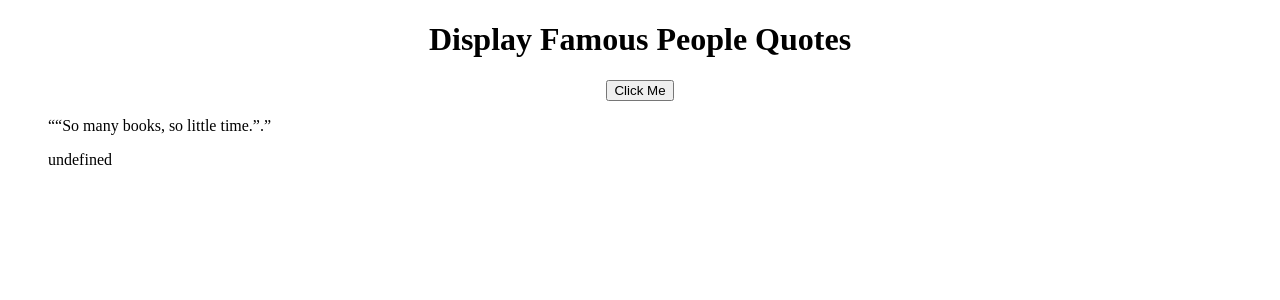
Repository: NiutaR/quotes-dom
Page: index.html
An editor plug-in stored every save of this project. The page is shown before and after a run of saves, followed by the edit.
The browser window is 1280 px wide. The pictures show the whole page.
After loading, the first visible `#btnId` was clicked once.

Above is the page before, as saved 2021-07-20 19:40:47.

### index.html
<!DOCTYPE html>
<html lang="en">

<head>
    <meta charset="UTF-8">
    <meta http-equiv="X-UA-Compatible" content="IE=edge">
    <meta name="viewport" content="width=device-width, initial-scale=1.0">
    <title> Display Famous People Quotes</title>
</head>

<body>
    <div id="container">
        <h1>Display Famous People Quotes</h1>
        <button id="btnId">Click Me</button>
    </div>
    <blockquote>
        <p id="quotation"></p>
        <p id="author"></p>
    </blockquote>
    <script src="index.js"></script>
</body>

</html>

### index.js
//document.getElementById('container').style.position = 'absolute';


const divEl = document.getElementById('container');
divEl.style.textAlign = 'center';


// List author and quotes as an array of obj

let list = [
    {
        'author' : 'Oscar Wilde',
        'quote' : '“Be yourself; everyone else is already taken.”'
    },
    {
        'author' : 'Albert Einstein',
        'quote' : '“Two things are infinite: the universe and human stupidity; and I am not sure about the universe.”'
    },
    {
        'author' : 'Frank Zappa',
        'quote' : '“So many books, so little time.”'
    },
    {
        'author' : 'Marcus Tullius Cicero',
        'quote' : '“A room without books is like a body without a soul.”'
    },
    {
        'author' : 'Mae West',
        'quote' : '“You only live once, but if you do it right, once is enough.”'
    },
    {
        'author' : 'Mahatma Gandhi',
        'quote' : '“Be the change that you wish to see in the world.”'
    }
];

let button = document.getElementById('btnId');



/*button.addEventListener('click', function(e) {
    /*let content = e.target.innerHTML;
    currentAuthor = list.findIndex(el => el.author === content);
    let currentQuote = list[currentAuthor].author;
    for (let i = 0; list[i].author == currentQuote; i--) {
        return list[i].author;
    }
    //console.log(list[1]);
    for(i = 0; i < list.length; i++) {
        //console.log(list);
        //return list.forEach(element => console.log(element));
        //let showQuotes =
        //return list.forEach(element => console.log(element));
        return list.forEach(element);
    }

});*/

/*function randomQuote() {
    let random = list[Math.floor(Math.random() * list.length)];
    quotation.innerText = `“${random.quote}.”`;
    author.innerText = random.author;
}
document.querySelector("button").addEventListener('click', randomQuote);
*/

button.addEventListener('click', function() {
    let random = list[Math.floor(Math.random() * list.length)];
    for(i = 0; i < list.length; i++) {
        if (quotation.innerText = `“${random.quote}.”`) {
            return author.innerText = list.length.author;
        } else {
            "you are stupid fucking Shitttttt";
        }

    }
})

After the next 2 saves:
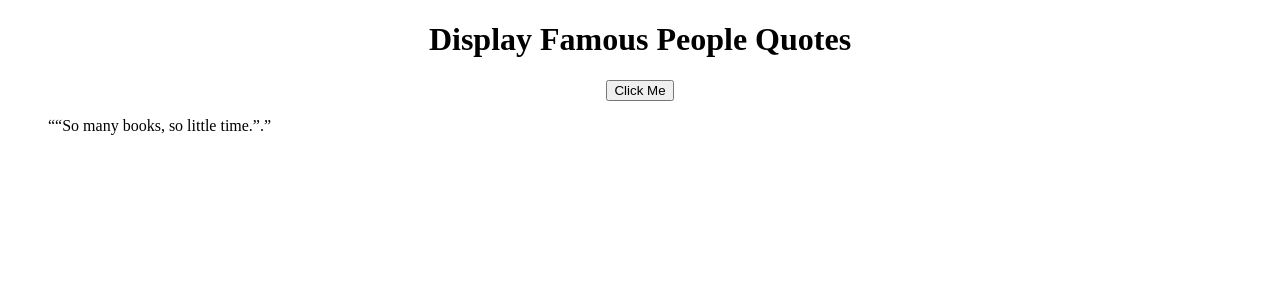
The 2 saves are shown as one change because they came seconds apart.
The last was saved 98 s later.
--- a/index.js
+++ b/index.js
@@ -68,7 +68,7 @@ button.addEventListener('click', function() {
     let random = list[Math.floor(Math.random() * list.length)];
     for(i = 0; i < list.length; i++) {
         if (quotation.innerText = `“${random.quote}.”`) {
-            return author.innerText = list.length.author;
+            return author.innerText = ``;
         } else {
             "you are stupid fucking Shitttttt";
         }
